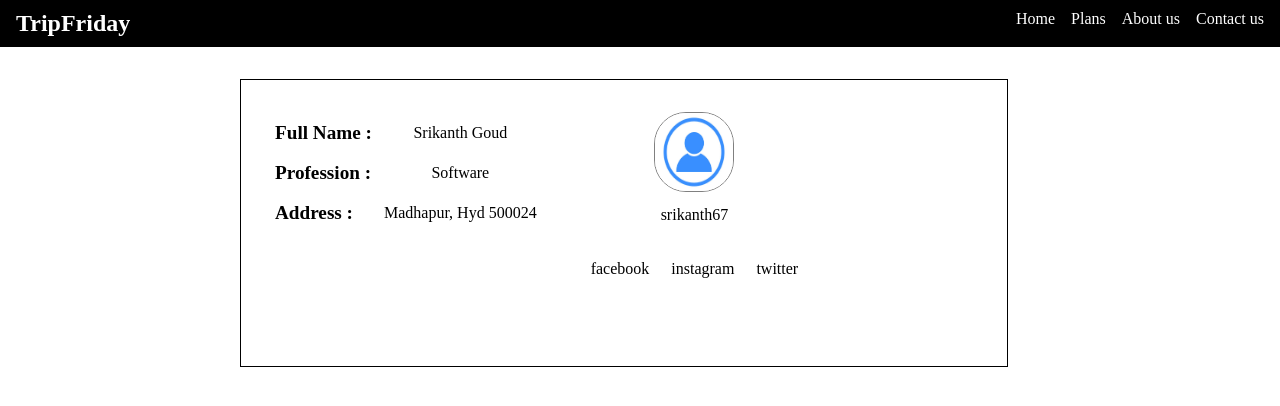
Repository: suraj-yadav7/userprofile
Page: /userdetails
The author's editor kept a copy of each file at every save. The page is drawn from the files as they stood at one save, then again after the next save.
The browser window is 1280 px wide. The pictures show the whole page.
The project was rebuilt for these pictures with package versions that can differ from the ones it lists, and the page was loaded fresh each time. Also part of the build but not shown: src/components/UserProfile.jsx.

Above is the page before, as saved 2023-05-04 15:22:53.

### src/App.js
import './App.scss';
import UserProfile from './components/UserProfile';
import UserDetails from './components/UserDetails';
import { BrowserRouter as Router, Routes, Route } from 'react-router-dom';
import Header from './components/Header';


function App() {
  return (
    <>
    <Router>
      <Header />
      <Routes>
        <Route exact path='/' element={<UserProfile/>} />
        <Route exact path='/userdetails' element={<UserDetails/> } />
      </Routes>
    </Router>
    </>
  );
}

export default App;

### src/App.scss
*{
padding: 0;
margin: 0;
box-sizing: border-box;
}
nav{
    display: flex;
    justify-content:space-between;
    padding: 10px 1rem;
    background-color: black;
    color: white;
    >div>ul{
        display: flex;
        list-style: none;
        gap: 1rem;
    }
}

### src/components/UserDetails.jsx
import React from 'react'
import "../assests/userDetails.scss"
import usericon from"../assests/usericon.jpg"

const UserDetails = () => {
  return (
  <>
 <div className='details'>
  <div className='sub1'>
<table>
  <tr>
    <td><h3>Full Name :</h3></td>
    <td><p> Srikanth Goud</p> </td>
  </tr>
  <tr>
    <td><h3>Profession :  </h3></td>
    <td><p> Software </p> </td>
  </tr>
  <tr>
    <td><h3>Address :</h3></td>
    <td><p>Madhapur, Hyd 500024</p> </td>
  </tr>
</table>

  </div>
  <div className='sub2'>
    <img src={usericon} alt="userimage"></img>
    <p>srikanth67</p>
    <div className='socialMedia'>
      <p>facebook</p>
      <p>instagram</p>
      <p>twitter</p>
    </div>
  </div>
 </div>
  </>
  )
}

export default UserDetails

### src/components/Header.jsx
import React from "react"
import { Link } from "react-router-dom"

const Header = () => {
  return (
  <>
  <nav>
<h1>TripFriday</h1>
<div>
    <ul style={{listStyleType:"none"}}>
        <li ><Link style={{textDecoration:"none",color:"white"}} to="/">Home</Link></li>
        <li>Plans</li>
        <li>About us</li>
        <li>Contact us</li>
    </ul>
</div>
</nav>
  </>
  )
}

export default Header

### src/assests/userProfile.scss
@import "./color.scss";

.userprofile{
background-color:cornsilk;
}
.main{
    display: flex;

}
.userList{
    >div{
        padding:0 1rem;
        display: flex;
        text-align: center;
    }
}
.fetchList,p,button{
    padding: 10px;

    text-align: center;

    >p{
        font: 400 1.1rem sans-serif;
    }
    >button{
        background-color:beige;
        border:1px solid grey;
        width: 6rem;
        height: 2rem;
        border-radius: 1rem;
    }
}
.hoverItem{
    margin: 10rem 3rem;
    font: 400 1.1rem sans-serif;
}

### src/assests/userDetails.scss
@import "./color.scss";

.details{
    display: flex;
    gap: 2rem;
    border: 1px solid black;
    width: 60vw;
    height: 40vh;
    padding: 2rem;
    margin: 2rem 15rem;
    >.sub1{
        p{
            font-size: 1rem;
        }
        h3{
            font-size: 1.2rem;
        }
    }

    >.sub2 {
        text-align: center;
    >img{
        width: 5rem;
        height: 5rem;
        border: 1px solid grey;
        border-radius: 2rem;
    }

    >div{
        margin: 1rem 0;
        display: flex;
        gap: 2px;
        align-items: center;
    }
}
}

### src/assests/color.scss
$primary-color: #0f171e;
$secondary-color: #1a242f;
$font-primary:#ffff;
$font-secondary: #79b8f3;

Loaded but not shown: public/index.html (common file); src/index.js (common file)

After the next save:
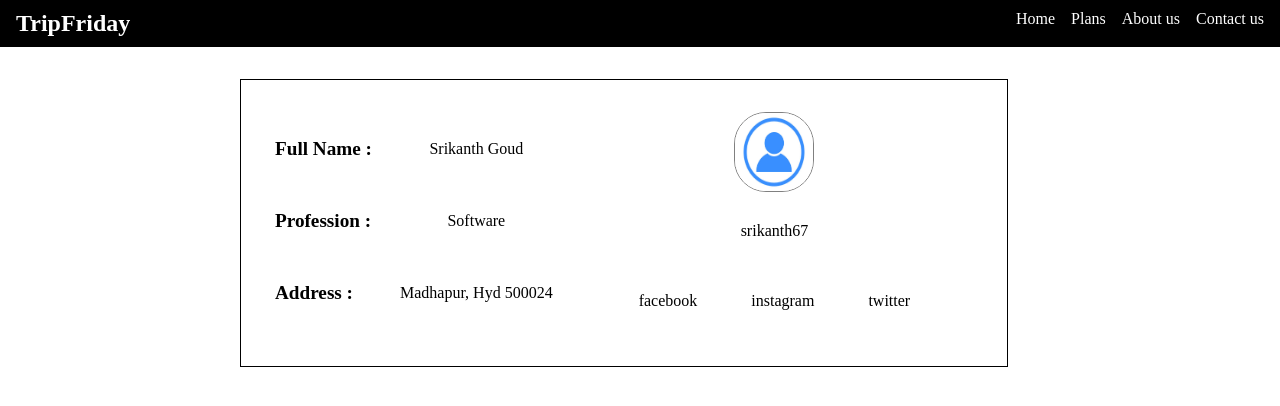
Saved 10 s later.
--- a/src/assests/userProfile.scss
+++ b/src/assests/userProfile.scss
@@ -16,7 +16,7 @@ background-color:cornsilk;
 }
 .fetchList,p,button{
     padding: 10px;
-
+    margin: 1rem;
     text-align: center;
 
     >p{
